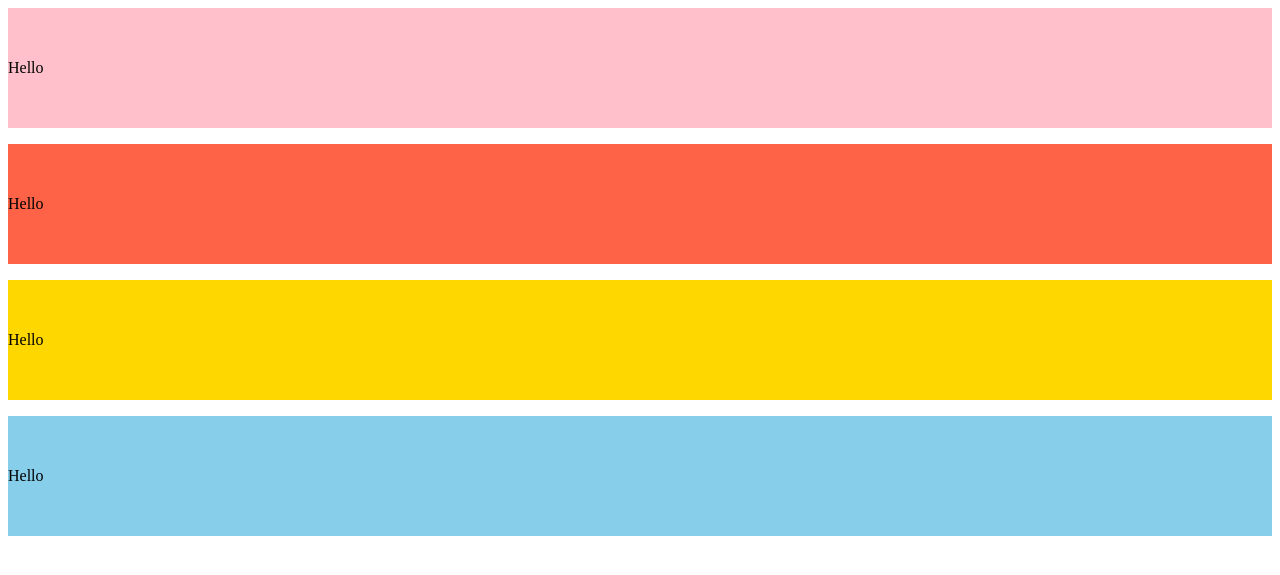
Repository: minoto9/vue_tutorial
Page: 1.html
An editor plug-in stored every save of this project. The page is shown before and after the next save, followed by the edit.
The browser window is 1280 px wide. The pictures show the whole page.

Above is the page before, as saved 2019-07-10 17:52:12.

After the next save:
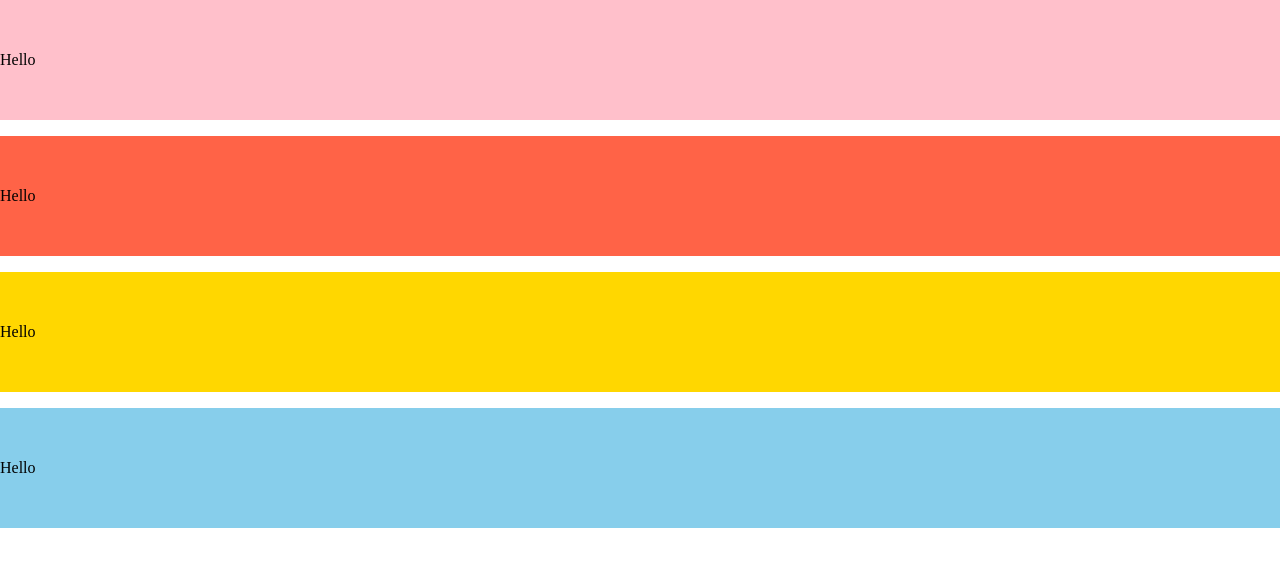
Saved 20 s later.
--- a/1.css
+++ b/1.css
@@ -1,4 +1,4 @@
-html {
+body {
     margin: 0;
     padding: 0;
 }
